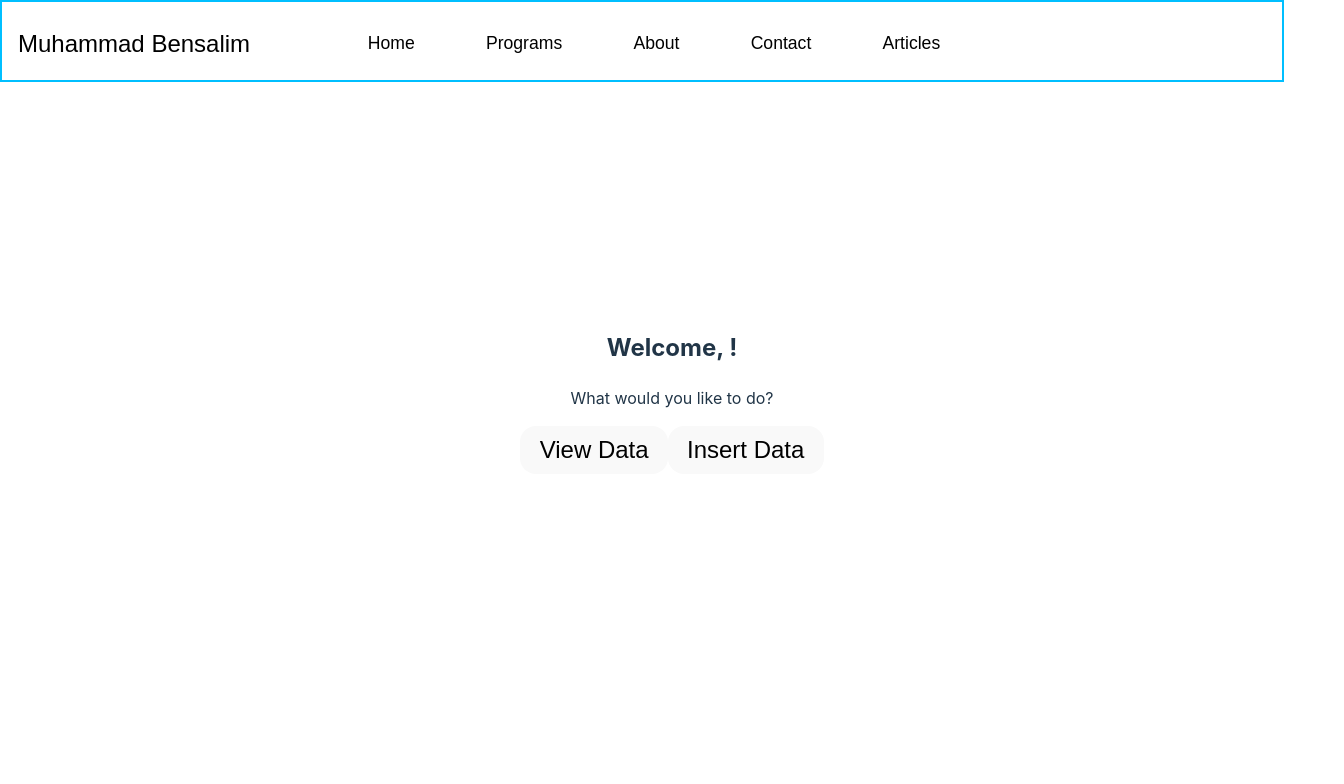
Repository: TMuse333/fitness_templates
Page: /progress
The author's editor kept a copy of each file at every save. The page is drawn from the files as they stood at one save, then again after the next save.
The browser window is 1280 px wide. The page is 1344 px wide, so the pictures cover 1344 px, including what lies to the right of the window. The pictures show the whole page.
The project was rebuilt for these pictures with package versions that can differ from the ones it lists, and the page was loaded fresh each time. Also part of the build but not shown: vite.config.js, src/components/herobanner/herobanner.css, src/components/herobanner/herobanner.jsx, src/components/about/about.css, src/components/about/about.jsx, src/components/serviceOffering/serviceOffering.css, src/components/serviceOffering/serviceOffering.jsx, src/components/content/content.css and 37 more. Imported but missing from the stored project, and not drawn on this page: src/media/best_dunk.mp4.

Above is the page before, as saved 2024-03-14 18:36:24.

### src/main.jsx
import './index.css'
import * as React from 'react';
import { StrictMode } from 'react';
import { createRoot } from 'react-dom/client';
import { BrowserRouter } from 'react-router-dom';

import App from './App';
import { WorkoutProvider } from './context/context';

const rootElement = document.getElementById('root');
const root = createRoot(rootElement);

root.render(


  <WorkoutProvider>
  <StrictMode>
    <BrowserRouter>
      <App />
    </BrowserRouter>
  </StrictMode>
</WorkoutProvider>
);

### src/index.css
:root {
  font-family: Inter, system-ui, Avenir, Helvetica, Arial, sans-serif;
  line-height: 1.5;
  font-weight: 400;

  color-scheme: light dark;
  color: rgba(255, 255, 255, 0.87);
  background-color: #242424;

  font-synthesis: none;
  text-rendering: optimizeLegibility;
  -webkit-font-smoothing: antialiased;
  -moz-osx-font-smoothing: grayscale;
}

a {
  font-weight: 500;

  text-decoration: inherit;
}
a:hover {

}

body {
  margin: 0;
  display: flex;
  place-items: center;
  min-width: 320px;
  min-height: 100vh;
}

h1 {
  font-size: 3.2em;
  line-height: 1.1;
}

button {
/* border: none;
  padding: 0.6em 1.2em;
  font-size: 1em;
  font-weight: 500;
  font-family: inherit;

  cursor: pointer;
  transition: border-color 0.25s;
  transition: all 0.3s ease-in; */
  background-color: #00bfff;

  font-size: 1.5rem;
  border-radius: 1rem;
  padding: 0.6rem 1.2rem;
  font-weight: 500;
  border: none;
  margin: 0 auto;
}
button:hover {
  /* transform: scale(1.3); */

}
button:focus,
button:focus-visible {
  outline: 4px auto -webkit-focus-ring-color;
}

@media (prefers-color-scheme: light) {
  :root {
    color: #213547;
    background-color: #ffffff;
  }
  a:hover {
    color: #747bff;
  }
  button {
    background-color: #f9f9f9;
  }
}

### src/App.jsx
import { useState } from 'react'

import './App.css'
import Homepage from '../pages/homepage'
import Program from '../pages/program';
import { BrowserRouter as Router, Route, Routes } from 'react-router-dom';
import Contact from '../pages/contact';
import About from '../pages/about';
import Articles from '../pages/articles';
import Progress from '../pages/progress';
import { WorkoutProvider } from './context/context';


function App() {
  const [count, setCount] = useState(0)

  return (
    <>



    <Routes>
      <Route path='/'
        element={<Homepage/>}
        />
        <Route path='programs'
        element={<Program/>}
        />
        <Route path='contact'
        element={<Contact/>}
        />
        <Route path='about'
        element={<About/>}
        />
        <Route path='articles'
        element={<Articles/>}
        />
        <Route path='progress'
        element={<Progress/>}
        />
    </Routes>


    </>
  )
}

export default App

### src/App.css
#root {
  max-width: 1280px;
  margin: 0 auto;
  padding: 2rem;
  text-align: center;
}

.logo {
  height: 6em;
  padding: 1.5em;
  will-change: filter;
  transition: filter 300ms;
}
.logo:hover {
  filter: drop-shadow(0 0 2em #646cffaa);
}
.logo.react:hover {
  filter: drop-shadow(0 0 2em #61dafbaa);
}

.homepage{
  position: absolute;
  left:0;
  top:0;
  overflow-x: hidden;
  background: radial-gradient(circle at center, rgba(1, 181, 241, 0.7), rgba(24, 60, 84, 0.7));
}

.program-container, .personal-container, .articles-container
{
  position: absolute;
  top:0;
  left:0;
  overflow-x: hidden;
}

.progress-container {
  overflow-x: hidden;
  display: flex;
  justify-content: center; /* Horizontally center content */
  align-items: center; /* Vertically center content */
  height: 100vh; /* Set height to 100% of the viewport height */
}

.program-video{
  background-color: red;
}

.questions-list{
  margin-bottom: 3rem;
}



@keyframes logo-spin {
  from {
    transform: rotate(0deg);
  }
  to {
    transform: rotate(360deg);
  }
}

@media (prefers-reduced-motion: no-preference) {
  a:nth-of-type(2) .logo {
    animation: logo-spin infinite 20s linear;
  }
}

.card {
  padding: 2em;
}

.read-the-docs {
  color: #888;
}

### pages/progress.jsx
import React, {useEffect}from "react";
import Navbar from "../src/components/navbar/navbar";
import Login from "../src/components/login/Login";
import Footer from "../src/components/footer/footer";
import Tracker from "../src/components/tracker/tracker";
import { useWorkout } from "../src/context/context";
import InsertData from "../src/components/insertData/insertData";
import { workoutData } from "../src/data/data";
import ExerciseDisplay from "../src/components/exerciseDisplay/ExerciseDisplay";


const Progress = () => {

    const links = [
        {
            dest:'/',
            name:'Home'
          },
        {
            dest:'/programs',
            name:'Programs'
        },
        {
            dest:'/about',
            name:'About'
        },
        {
            dest:'/contact',
            name:'Contact'
        },
        {
            dest:'/articles',
            name:"Articles"
        },

    ]

    const {loggedIn,setLoggedIn,viewData,insertData} =
    useWorkout()

    useEffect(() => {
        // Reset loggedIn to false when the component mounts
        setLoggedIn(false);
      }, []); // Empty dependency array ensures this effect runs only once



    return (
    <>
<Navbar links={links}
/>
<div className="progress-container"
>


       {/* <Login/> */}



       {/* <ExerciseDisplay
       workoutData={workoutData}
       /> */}



   {viewData ? (
    <Tracker/>
   ) : insertData ? (
   <InsertData/>
   ) : <Login/>}





       </div>

        </>

    )
}


export default Progress

### src/components/navbar/navbar.jsx
import React, { useState,useEffect } from 'react';
// import { FaArrowLeft, FaArrowRight } from 'react-icons/fa';
import { Link } from 'react-router-dom';
import './navbar.css'

import nobg from '../../media/quantum-striker-pose.png'





const Navbar = ({links,id}) => {
  const [subMenuVisible, setSubMenuVisible] = useState(false);
  const [isMobile, setIsMobile] = useState(true)
  const [hovered, setHovered] = useState(false)
  const [navHovered, setNavHovered] = useState(null)

  const handleMouseEnter = () => {
    setHovered(true)
  }

  const handleMouseLeave = () => {
    setHovered(false)
  }

  const handleNavEnter = (index) => {
    setNavHovered(index);
  };

  const handleNavLeave = () => {
    setNavHovered(null);
  };

  const toggleSubMenu = () => {

    setSubMenuVisible(!subMenuVisible);
  };


  useEffect(() => {
    // Function to update sub-menu visibility when the screen width changes
    const handleResize = () => {
      const screenWidth = window.innerWidth;
      setIsMobile(!(screenWidth >= 865)); // Set subMenuVisible to true if screen width is at least 415 pixels
    };

    // Add a resize event listener to update the sub-menu visibility
    window.addEventListener('resize', handleResize);

    // Initial call to set sub-menu visibility based on current screen width
    handleResize();

    // Clean up the event listener when the component unmounts
    return () => {
      window.removeEventListener('resize', handleResize);
    };
  }, []);

  const style = {
height: isMobile && !subMenuVisible ? '0px' :  isMobile ? '240px' : 'auto',
overflowY:'hidden',
width: isMobile ?'80px':'auto',
backgroundImage: isMobile ? 'linear-gradient(to right, #00bfff, #4db8ff, #64bcff, #00bfff)' : null,
transition: isMobile? 'height 0.3s ease-in,padding 0.3s ease-in' : null,
marginTop: isMobile ? '1rem' : null,
borderRadius:'10px',
paddingTop:subMenuVisible ?'1rem' : '0'



  };

  const navStyle = (index) => {

    return{
      backgroundColor: navHovered === index? '#00bfff' : null,
      padding:'0 0.55rem 0 0.55rem',
      borderRadius:'7px',
      // color:navHovered === index? '#6c5933' : null,
    }
  }

  const logoStyle = {
    transform: hovered || subMenuVisible? 'scale(1.3)' : 'scale(1)',
    width:'50px',
    transition:'all ease-in 0.3s',
    backgroundColor:'transparent',
    marginTop:'-1rem'
  }

  return (

    <div className='navbar-container'
    id={id}>
    <p
          className='big-logo'
          style={logoStyle}
          />
    <div className='navbar-logo'>

   <Link to='/'
   className='home-nav'>


        <p className='navbar-logo'
      >Muhammad Bensalim</p>
       </Link>

      </div>




      <div className='list-container'>
        <button onClick={toggleSubMenu}

        className='mini-logo'

        >



       <img style={logoStyle}
       onMouseEnter={handleMouseEnter}
       onMouseLeave={handleMouseLeave}
       src={nobg}

 />
        </button>
        <ul
        className='nav-list'
        style={style}

         >

          {links.map((link,index) => (
            <Link to={link.dest}
            key={index}
            className='nav-link'>
                <li
                onMouseEnter={()=>handleNavEnter(index)}
                onMouseLeave={()=>handleNavLeave()}
                style={navStyle(index)}>
                  {link.name}
                </li>
            </Link>
          ))}

        </ul>
      </div>




       </div>

  );
};

export default Navbar;

### src/components/login/Login.jsx
import React, { useState } from "react";
import { useWorkout } from "../../context/context";
import Footer from "../footer/footer";
import "./login.css";

const Login = () => {
  const { loggedIn, setLoggedIn,
setViewData, setInsertData } = useWorkout();

  const [username, setUsername] = useState("");
  const [password, setPassword] = useState("");
  const [error, setError] = useState("");
  const [rememberMe, setRememberMe] = useState(false);
  const [showOptions, setShowOptions] = useState(true);

  const handleSubmit = (event) => {
    event.preventDefault();

    // Check if the entered credentials match the correct ones
    if (username === credentials.username && password === credentials.password) {
      setLoggedIn(true);
      setError("");
      setShowOptions(true); // Show options after successful login
    } else {
      // Display error message for unrecognized username or incorrect password
      setError("Invalid username or password");
    }
  };

  const handleViewData = () => {
    setViewData(true)
    // Handle action for viewing data
    console.log("View data clicked");
  };

  const handleInsertData = () => {
    setInsertData(true)
    // Handle action for inserting data
    console.log("Insert data clicked");
  };

  const credentials = {
    username: "tom",
    password: "realOne33",
  };

  return (
    <>

{!showOptions ? (



      <div className="login-container">
        <h2>Log in</h2>
        <div className="login-box">
          <form onSubmit={handleSubmit}>
            <div className="form-group">
              <input
                type="text"
                id="username"
                name="username"
                placeholder="Username"
                value={username}
                onChange={(e) => setUsername(e.target.value)}
              />
            </div>

            <div className="form-group">
              <input
                type="password"
                id="password"
                name="password"
                placeholder="Password"
                value={password}
                onChange={(e) => setPassword(e.target.value)}
              />
            </div>

            {error && <p className="error-message">{error}</p>}

            <div className="remember-me">
              <label>
                <input type="checkbox" />
                Remember me
              </label>
            </div>

            <button className="login-button" type="submit">
              Log in
            </button>
          </form>
        </div>
        <p>New user? Click here</p>
        <p>Forgot password? Click here</p>
      </div>

) : (
    <div className="tracker-options-container">
      <h2>Welcome, {username}!</h2>
      <p>What would you like to do?</p>

      <button style={{
        // marginRight:'1rem'
      }}
      onClick={handleViewData}>View Data</button>
      <button style={{
        // marginLeft:'1rem'
      }}
       onClick={handleInsertData}>Insert Data</button>
    </div>
  )
}


    </>
  );
};

export default Login;

### src/components/navbar/navbar.css
/* Add this to your navbar.css file */

.navbar-container{


    position: fixed;
     width: 100vw;

     top: 0px;
     left:0px;
     background:rgba(255, 255, 255, 0.7) ;

     height: 70px;
     z-index: 30;
  padding-top: 0.5rem;
  border-bottom: 2px solid #333;

    border: 2px solid #00bfff;

   }

   #overview-nav{
    background: radial-gradient(circle at center, rgba(0, 153, 205, 0.7), rgba(48, 115, 160, 0.9));
   }

   .big-logo{
     display: none;
   }

   .list-container {
    color:white;
    transform: translateY(-2.5rem);
    width:min-content;
    margin-left: auto;
    /* background-color: #BE9F5B; */
    margin-right: 2rem;
  /* background: linear-gradient(to right, #6c5933, #be9f5b, #6c5933);; */



   }

   .nav-list{
     /* margin-right: 2rem; */
     width: 50px;
     align-items: center;
     display:flex;
     flex-direction: column;
     margin-right: -1.5rem;
     color:black;
     /* background-color: #BE9F5B;
     background: linear-gradient(to right, #6c5933, #be9f5b, #6c5933); */
   }

   .home-nav{
    text-decoration: none;
   }

   .list-container li{
     list-style-type: none;
     /* transform: translateX(-25%); */
     padding:10px;
     color:black;
     font-weight: 500;
     transform: translateX(-1rem);
     font-family: 'Palatino Sans', 'Palatino Sans Informal', 'Palatino Sans Text', 'Palatino Sans W1G', 'Palatino Sans W01', sans-serif;
    text-decoration: none;
    margin-top: 0.5rem;
    margin-bottom: 1rem;
    /* color:white; */



     /* margin-top: -2rem; */

   }

   .list-container li a {
    text-decoration: none;
    color:white;
   }

   .mini-logo {
     display: flex;
     justify-content: center;
     align-items: center;
     margin-top: -1rem;
     height: 2.5rem;
     width: 2rem; /* Set the width and height to make it a perfect circle */
     padding: 0; /* Remove padding */
     border-radius: 50%; /* Make it circular */
     margin-left: auto;

     /* margin-right: auto; */
     background-color: transparent;
     border-color: transparent;



   }

   .navbar-logo{
     color:black;
     text-align: left;
     margin-left: 0.5rem;
     font-family: 'Abhaya Libre', sans-serif;
     font-size: 1.3rem;
     margin-top: 1.3rem;
     /* background-color: #BE9F5B; */
     /* background-image: url(src/media/SAINEY-MEDIA.png); */

   }

   .nav-button::before,
   .nav-button::after {
     content: '';
     position: absolute;
     background-color: #d15959; /* Set the color of the lines */
     height: 2px; /* Set the height of the lines */
     width: 10%; /* Set the width of the lines */
   }

   .nav-button::before {
     top: 5%;
   }

   .nav-button::after {
     top: 8%;
   }

  .nav-link{
  text-decoration: none;
  color:white;
  }

  @media screen and (min-width:400px){
    .mini-logo{
      margin-right: 1.5rem;
    }
  }



   @media screen and (min-width: 865px)  {
     .nav-list {
       display: flex;
       width:max-content;
       flex-direction: row;
       justify-content: space-between;
       padding:0 5px 0 5px;
       margin-top: -0.8rem;
       height:100%;
       /* transform: translateX(1rem); */
       /* background-color: rgb(38, 37, 79); */
       /* background-color: #d15959; */




       /* background-color: ; */
     }

     /* .navbar-container{
      width:98vw;
     } */

     .list-container{
      width:45vw;
      margin-top: -1.5rem;
     }

     .list-container li{
      font-size: 1.1rem;
      font-weight: 400;
     }



     .nav-button{
       /* display: none; */
     }

     .list-container li{
       transform: translateX(0rem);
       white-space: nowrap;
       padding:0;
     }

     .list-container{

       margin-left: auto;
       margin-right: auto;
     }

     .mini-logo{
       display: none;
     }

     .navbar-logo{
      font-size: 1.5rem;
      margin-top: 1rem;
     }

     .big-logo{
       position: absolute;
       right:2rem;
       display: flex;
       top:1rem;
     }

     /* .navbar-logo{
       display: none;
     } */
   }

### src/components/login/login.css
.login-box{
    background-color: #00bfff;
    padding:2rem;
    width:90vw;
    margin:0 auto;
    max-width: 600px;

}

.login-box input{
    padding:1rem;
    margin-bottom: 1rem;
    border-radius: 1rem;
    border: 2px solid black;

}

.login-button{
    background-color: black;
    margin: 0 auto;
    padding: 1;
    /* margin-top: 1rem; */
    transition: all 0.3s ease-out;
}

.login-button:hover{
    border: 2px solid white;
    transform: scale(1.2);
}

.login-box input::placeholder {
    /* Style the placeholder text here */
    color: white;
    opacity: 1; /* You can adjust the opacity if needed */
    font-size: 1rem;
  }

.login-container{
    width:100vw;
    display: flex;
    flex-direction: column;
    justify-content: center;
    align-items: center;


}

.tracker-options-container{

    width: 100vw;
  overflow-x: hidden;

}

.tracker-options-container button:first-child{
    margin-right: 2rem;
    color:red;
}

### src/components/tracker/tracker.css
.workout-boxes{
    margin: 0 auto;
}

.tracker-container{
    width:80vw;
    display: flex;
    flex-direction: column;
    justify-content: center;
    position: relative;
    background-color: black;
    height:100vh;
    max-width: 1000px;
}

.exercise-box{
    border: 2px solid white;
    margin-bottom: 1.5rem;
    padding: 1rem;
}

.exercise-date{
margin: 1rem auto;
}

.tracker-button  {
    font-size: 0.75rem;
    margin: 0 0.5rem 1rem 0.5rem;
    transition: all 0.3s ease-out;
    align-items: center;
    width:fit-content;

}

.tracker-button:hover{
    transform: scale(1.2);
}

.exercise-sets{
    margin-bottom: 1rem;
}



.date-picker{
    font-size: 1rem;
    padding:0.5rem;
    border-radius: 1rem;
    border: 2px solid black;
    position: relative;
    z-index: 2;
}

.tracker-form{
    margin-bottom: 2rem;
}

.workout-progress{
   border:2px solid white;
   margin-bottom: 2rem;
   padding-bottom: 2rem;
   width:90vw;
   margin-left:auto;
   margin-right: auto;
   /* max-width: 200px; */
}

.progress-nav{
    display: flex;
    align-items: center;

justify-content: center;
width:90vw;
margin: 0 auto;
}

.progress-button{
    font-size: 1rem;
    color:white;
    background-color: transparent;
}
.tracker-insert-button{
    background-color: transparent;
}

@media screen and (min-width:655px){

    .tracker-button{
        font-size: 1rem;
    }
    .tracker-progress-boxes{
        display: flex;
        flex-direction: column;
       /* grid-template-columns: repeat(auto-fill,minmax(33%,1fr)); */
        margin: 0 auto;
        width:100vw;
        justify-content: center;
        align-items: center;
        /* background-color: rgb(39, 30, 30); */

    }

    .workout-progress-boxes{
        display: grid;
        grid-template-columns: repeat(auto-fill,minmax(33%,1fr));
        width:100vw;
        max-width: 1500px;

    }

    .workout-progress{
        width:30vw;
        max-width: 460px;
    }

    .exercise-box{
        width:25vw;
        max-width: 390px;
        margin: 0 auto 2rem auto;
        height:25vw;
        max-height: 250px;
    }

    .exercise-boxes{
        display: grid;
        grid-template-columns: repeat(auto-fill,minmax(33%,1fr));
        width:100vw;
        /* background-color: rgb(40, 20, 20); */
        align-items: center;
        justify-content: center;

    }

    .progress-nav{
        margin:0 auto;
        max-width: 500px;
    }
}

Loaded but not shown: index.html (common file); src/data/data.js (487 lines, source omitted); src/context/context.jsx (238 lines, source omitted)

After the next save:
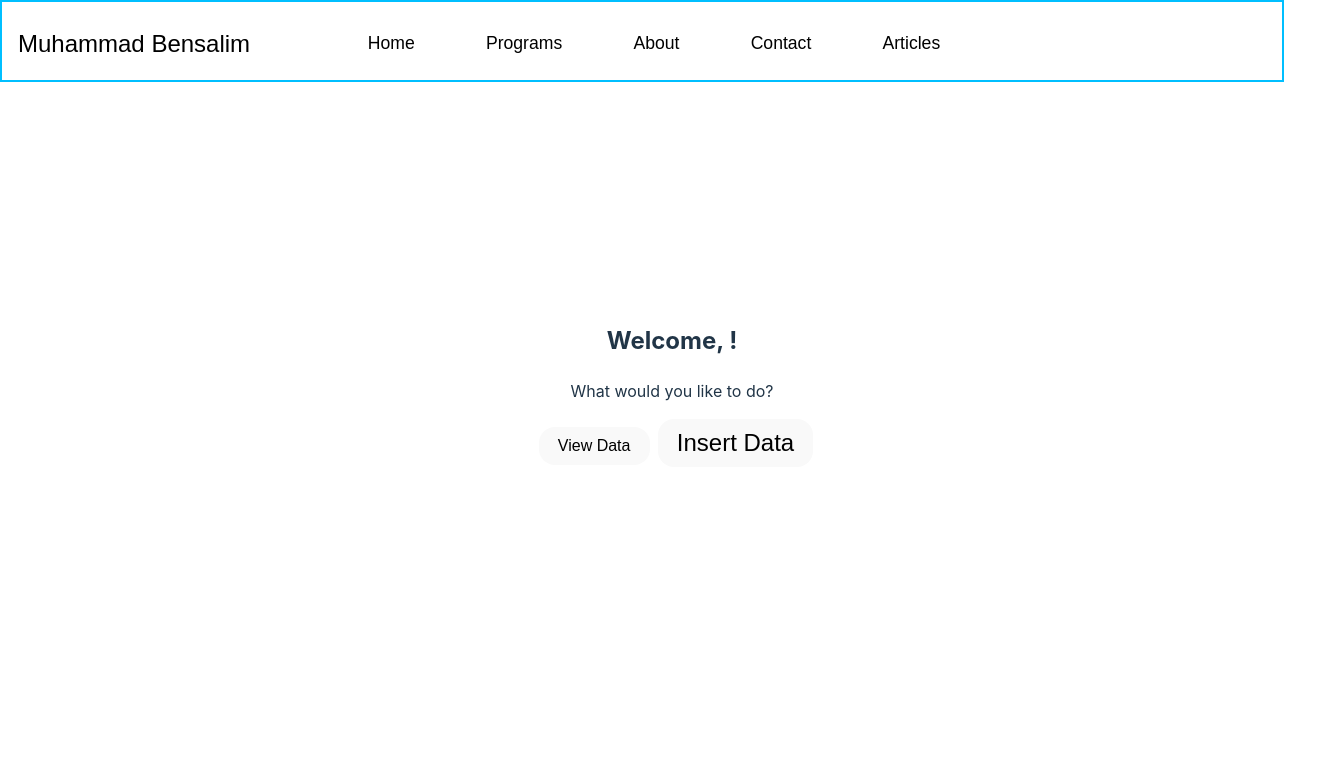
Saved 10 s later.
--- a/src/components/login/Login.jsx
+++ b/src/components/login/Login.jsx
@@ -100,9 +100,7 @@ setViewData, setInsertData } = useWorkout();
       <h2>Welcome, {username}!</h2>
       <p>What would you like to do?</p>
 
-      <button style={{
-        // marginRight:'1rem'
-      }}
+      <button className="tracker-button"
       onClick={handleViewData}>View Data</button>
       <button style={{
         // marginLeft:'1rem'
